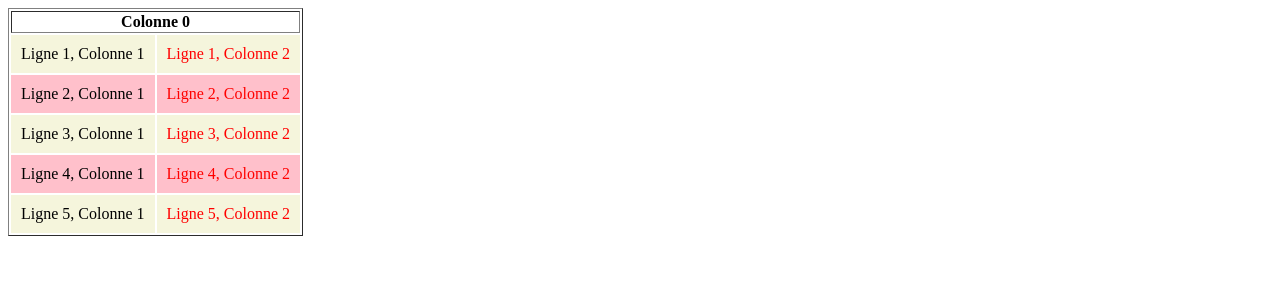
Repository: Chaimaa482/web-tp4
Page: ex1.html
These files come from the project's save history. The page is drawn as it stood at one moment and after the next save; the edit follows.
The browser window is 1280 px wide. The pictures show the whole page.

Above is the page before, as saved 2023-10-22 16:31:02.

After the next save:
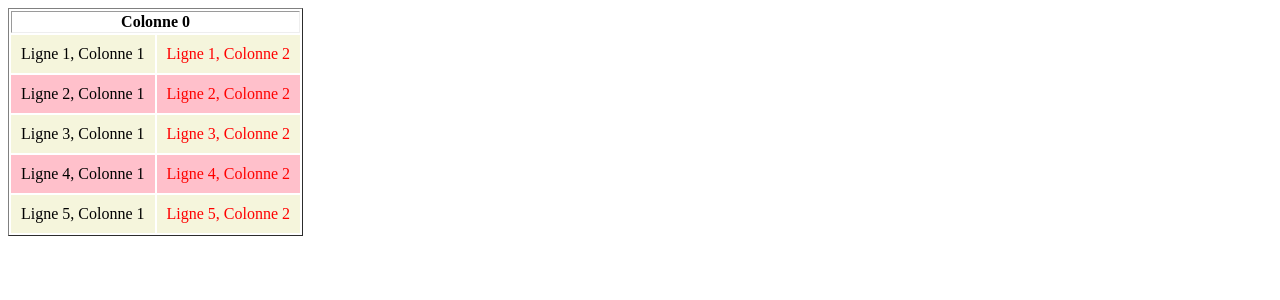
Saved 23 s later.
--- a/ex1.html
+++ b/ex1.html
@@ -59,7 +59,7 @@
 
 
         //delete bordure
-        rows[1].style.border = "none";
+        rows[0].style.border = "none";
         for (var i = 0; i < cells.length; i++) {
             cells[i].style.border = "none";
             cells[i].style.padding='10px'
